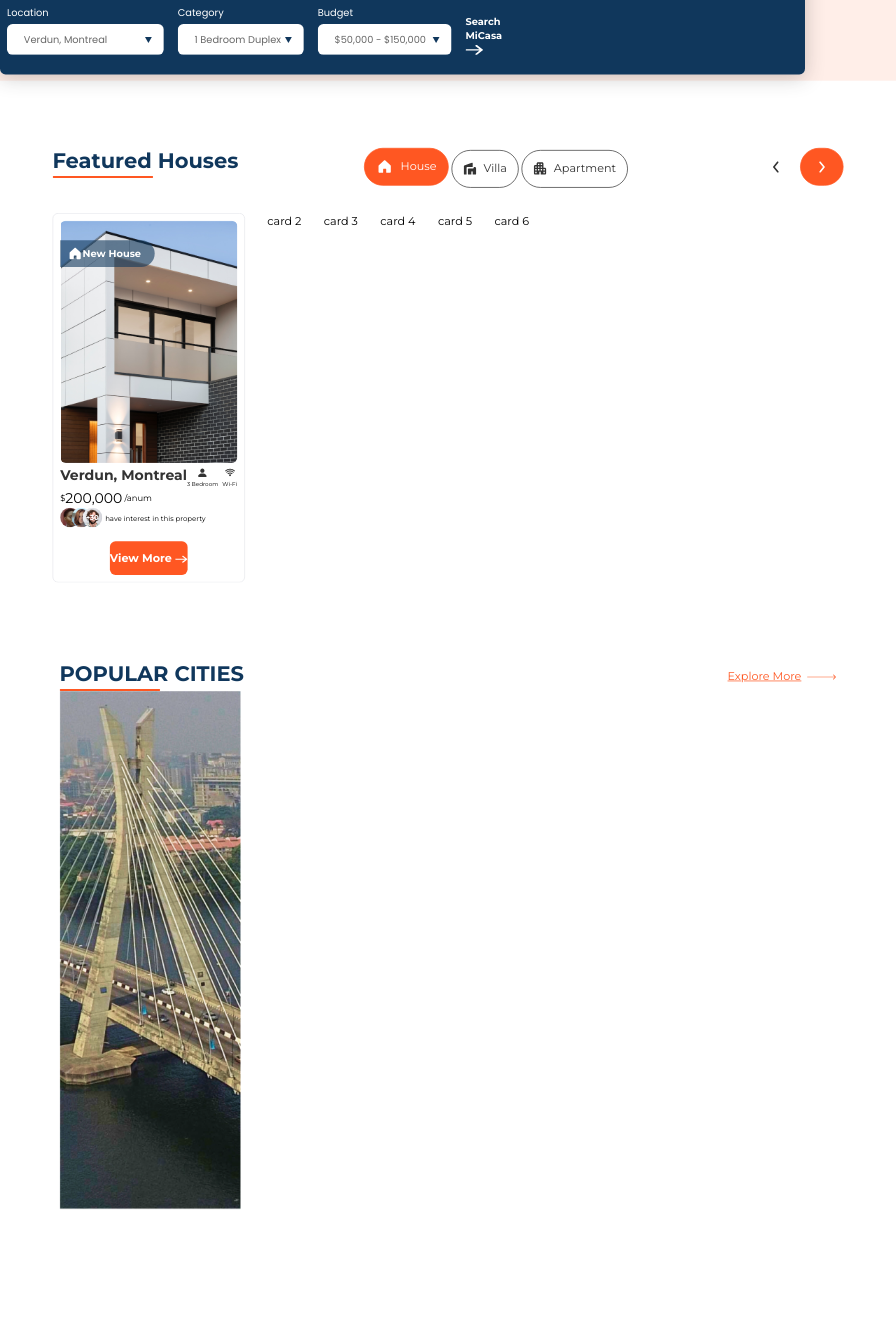
Repository: BenUnyolo/micasa-frontend
Page: index.html
These files come from the project's save history. The page is drawn as it stood at one moment and after the next save; the edit follows.
The browser window is 1280 px wide. The pictures show the part of the page from y = 835 to 2755 px (the page is 2755 px tall), at 70% of full size.

Above is the page before, as saved 2021-10-17 18:17:18.

After the next save:
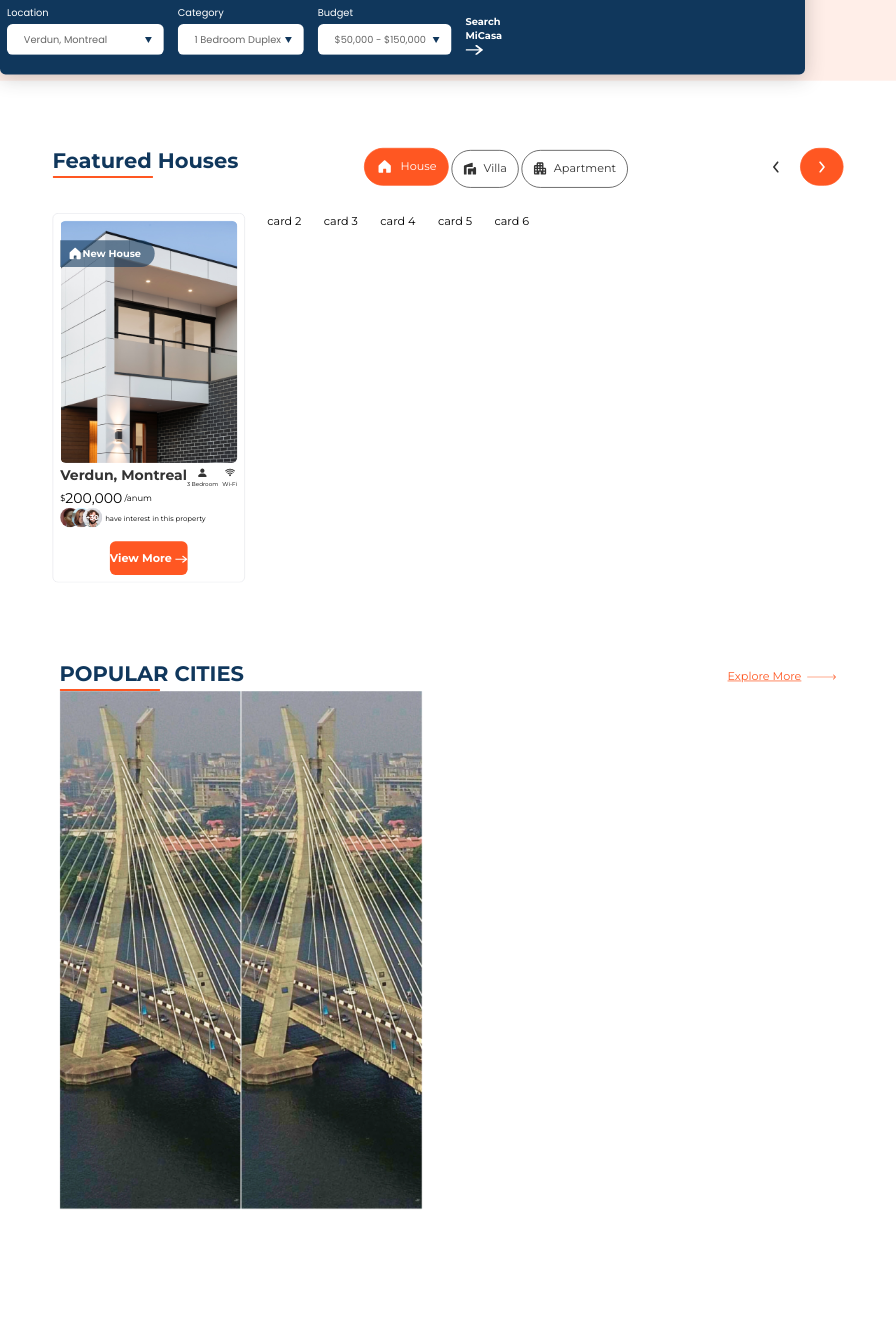
Saved 15 s later.
--- a/index.html
+++ b/index.html
@@ -519,6 +519,13 @@
               class="w-full h-185 cover"
             />
           </div>
+          <div class="relative w-1/4 p-4">
+            <img
+              src="assets/images/popular_cities/lagos.png"
+              alt="bridge in lagos"
+              class="w-full h-185 cover"
+            />
+          </div>
         </div>
       </div>
       <br />
